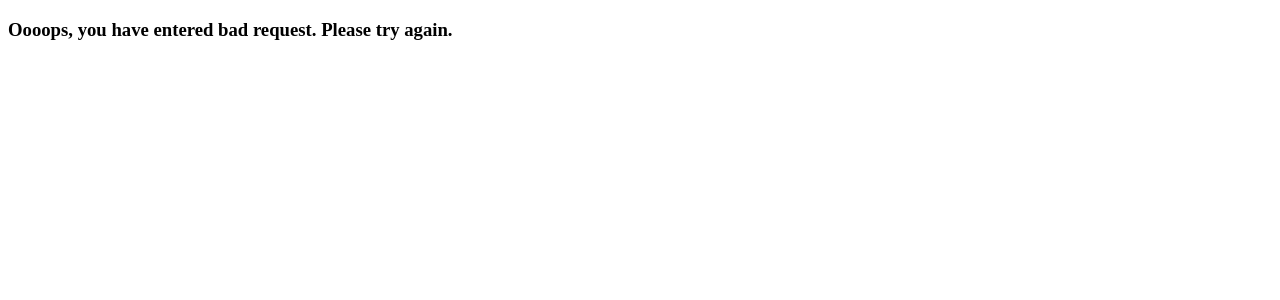
Repository: Harris-Shao/student-planner
Page: http://localhost/studentplanner/BadRequest.jsp
An editor plug-in stored every save of this project. The page is shown before and after the next save, followed by the edit.
The browser window is 1280 px wide. The pictures show the whole page.
The page is served by Tomcat 9. Nobody is signed in. The application's start-up code is not run.

Above is the page before, as saved 2014-11-09 14:51:49.

After the next save:
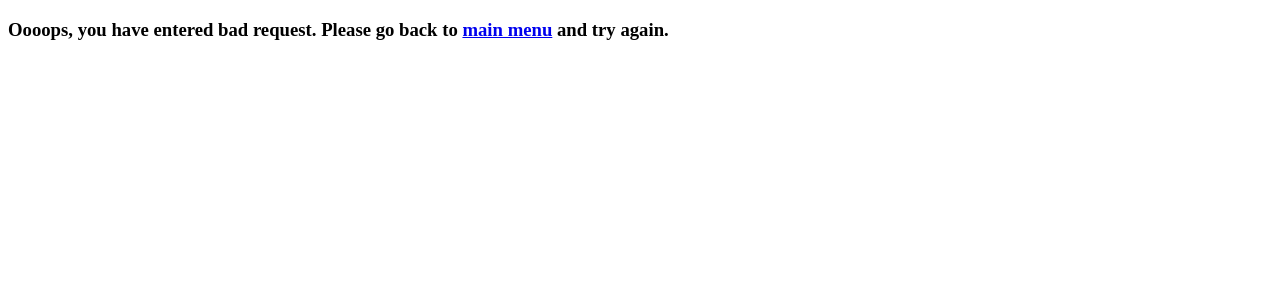
Saved 4 min 13 s later.
--- a/studentplanner/WebContent/BadRequest.jsp
+++ b/studentplanner/WebContent/BadRequest.jsp
@@ -7,6 +7,6 @@
 <title>Bad Request</title>
 </head>
 <body>
-	<h3>Oooops, you have entered bad request. Please try again.</h3>
+	<h3>Oooops, you have entered bad request. Please go back to <a href="/MainMenu.jsp">main menu</a> and try again.</h3>
 </body>
 </html>
